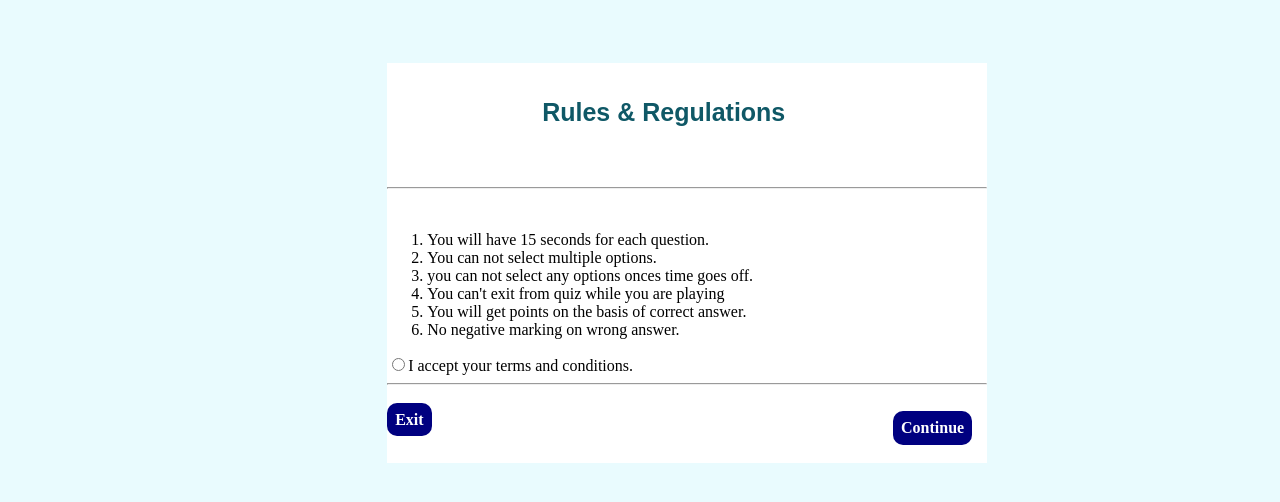
Repository: Rupali-8062Chourasiya5279/Internship_Task_Rupali
Page: Programming Language/quiz/QuizApp/src/main/webapp/rules.html
These files come from the project's save history. The page is drawn as it stood at one moment and after the next save; the edit follows.
The browser window is 1280 px wide. The pictures show the whole page.

Above is the page before, as saved 2025-01-24 11:45:45.

After the next save:
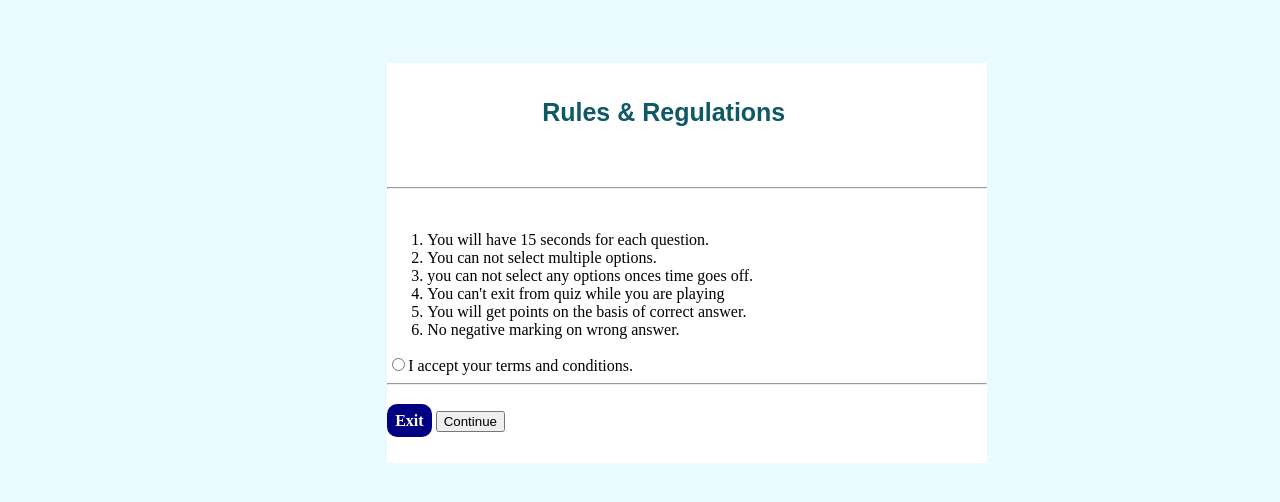
Saved 5 min 48 s later.
--- a/Programming Language/quiz/QuizApp/src/main/webapp/rules.html
+++ b/Programming Language/quiz/QuizApp/src/main/webapp/rules.html
@@ -38,6 +38,7 @@ background-color: white;
 </style>
 </head>
 <body>
+	<form action="First.html">
 	<div id="div1">
 	<h3>Rules & Regulations</h3>
 	<hr>
@@ -55,7 +56,8 @@ background-color: white;
 	<hr>
 	<br>
 	<a href="Home.html">Exit</a>
-	<a href="First.html" style="float: right;margin-right: 15px;">Continue</a>
+	<!--  <a href="First.html" style="float: right;margin-right: 15px;">Continue</a>-->
+	<input type="submit" value="Continue">
 	</div>
 </body>
 </html>
